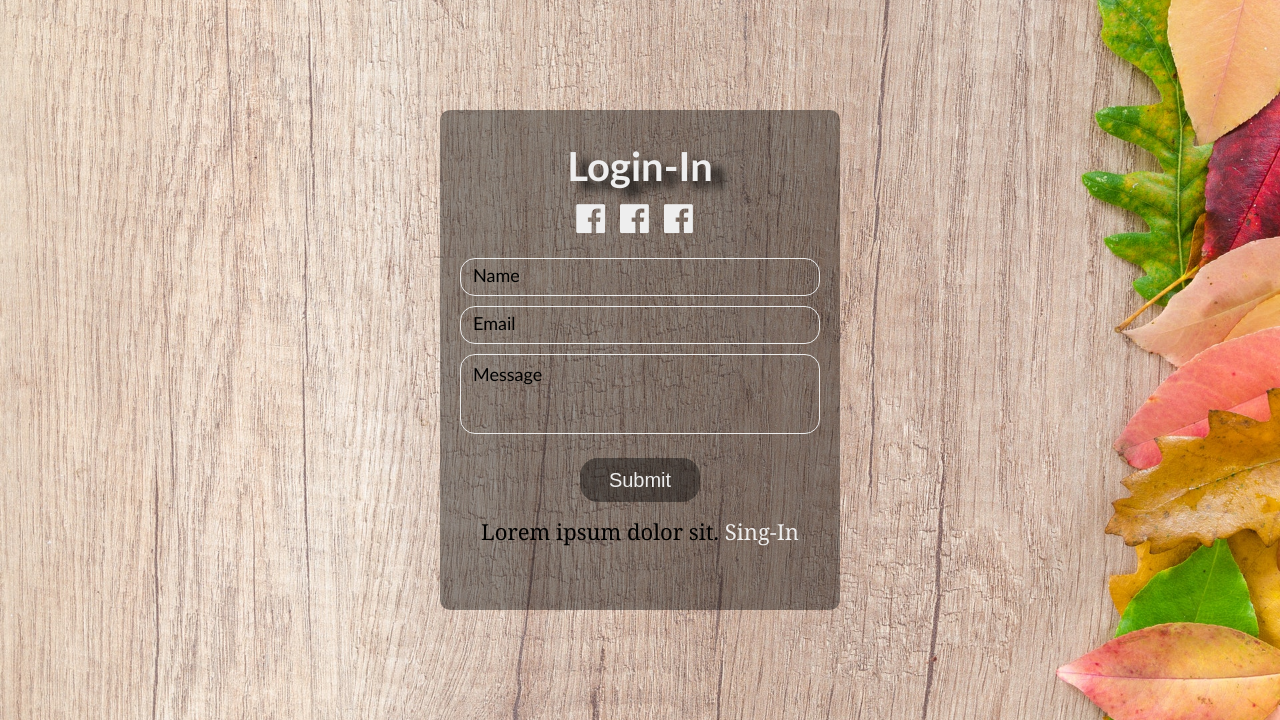
Repository: imedakrouti/BookStore
Page: ex.html
The author's editor kept a copy of each file at every save. The page is drawn from the files as they stood at one save, then again after the next save.
The browser window is 1280 px wide. The pictures show the whole page.
Some web libraries are served in a nearby version.

Above is the page before, as saved 2020-05-08 16:11:03.

After the next save:
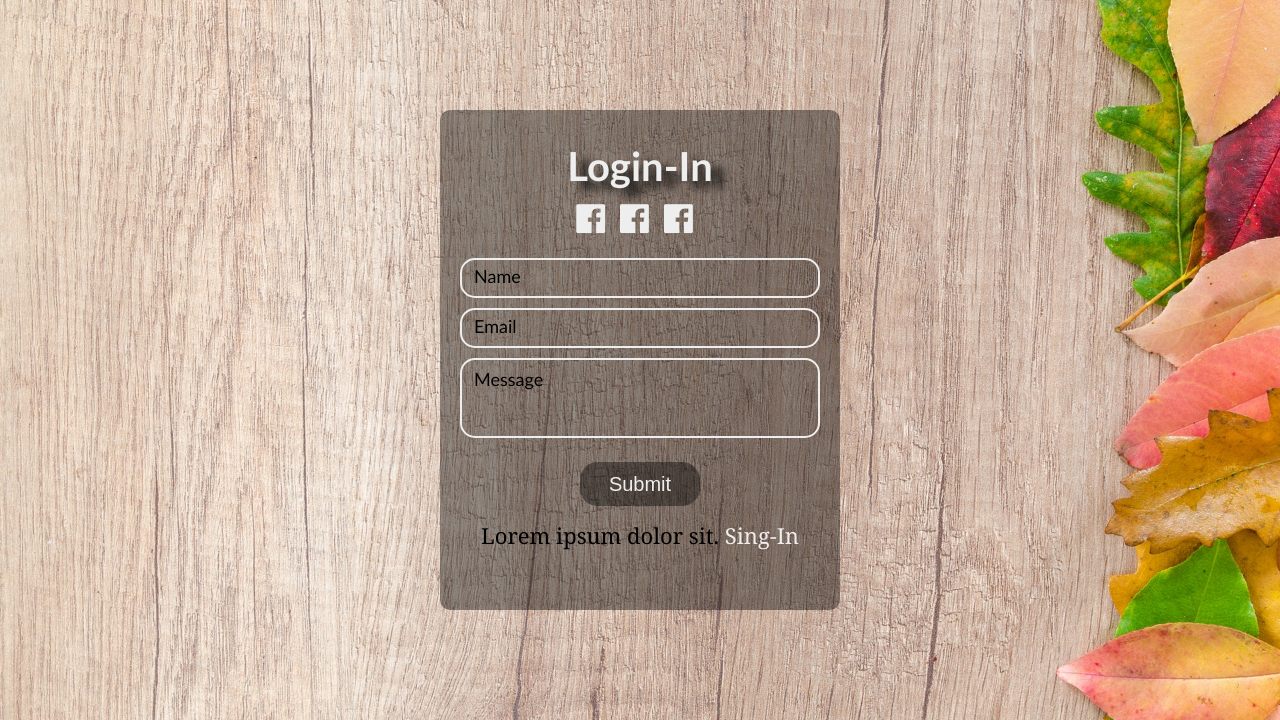
Saved 16 s later.
--- a/ex.html
+++ b/ex.html
@@ -60,7 +60,7 @@
         background:transparent;
         border-radius:15px;
         outline: none;
-        border:1px solid #eee
+        border:2px solid #eee
     }
     .form-contact textarea{
         resize: none;
@@ -74,7 +74,7 @@
         margin: 10px auto;
         width: 100%;
         height: 80px;
-        border:1px solid #eee
+        border:2px solid #eee
     }
     .form-contact input::placeholder,
     .form-contact textarea::placeholder{
